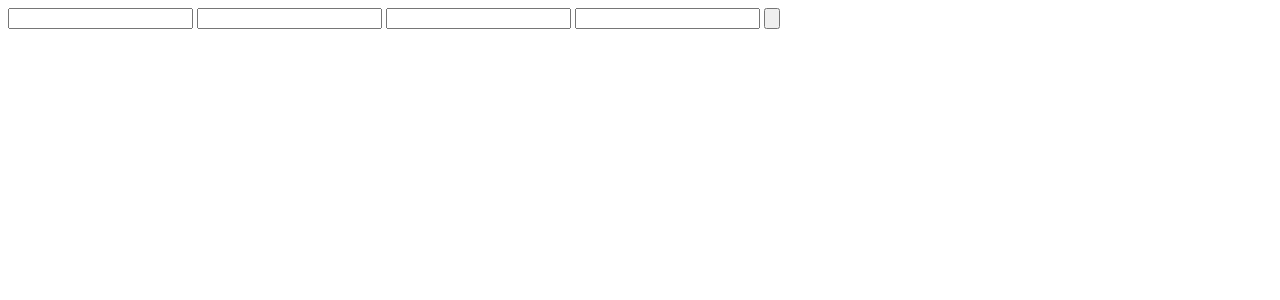
Repository: eyonghwan/jsp_practice
Page: http://localhost/JSPBasic/JspObject/1.requests/req_param_send.jsp
The author's editor kept a copy of each file at every save. The page is drawn from the files as they stood at one save, then again after the next save.
The browser window is 1280 px wide. The pictures show the whole page.
The page is served by Tomcat 9.

Above is the page before, as saved 2022-02-03 05:22:54.

After the next save:
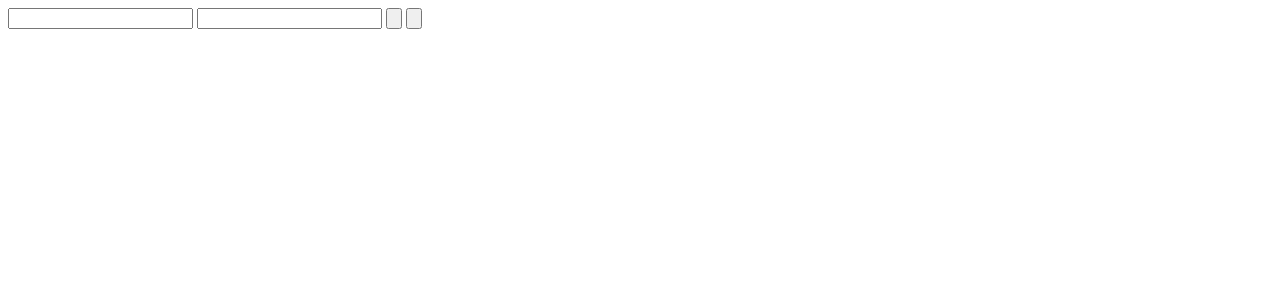
Saved 15 s later.
--- a/JSPBasic/src/main/webapp/JspObject/1.requests/req_param_send.jsp
+++ b/JSPBasic/src/main/webapp/JspObject/1.requests/req_param_send.jsp
@@ -14,10 +14,8 @@ reset버튼과 submit버튼도 각각 하나씩 만들어주세요. --%>
 <form>
 <input type="text" name="apple"/>
 <input type="password" name="banana"/>
-<input name="apple"/>
-<input name="banana"/>
 <input type="button" reset/>
-<submit type="button"/>
+<input type="button"/>
 </form>
 </body>
 </html>
